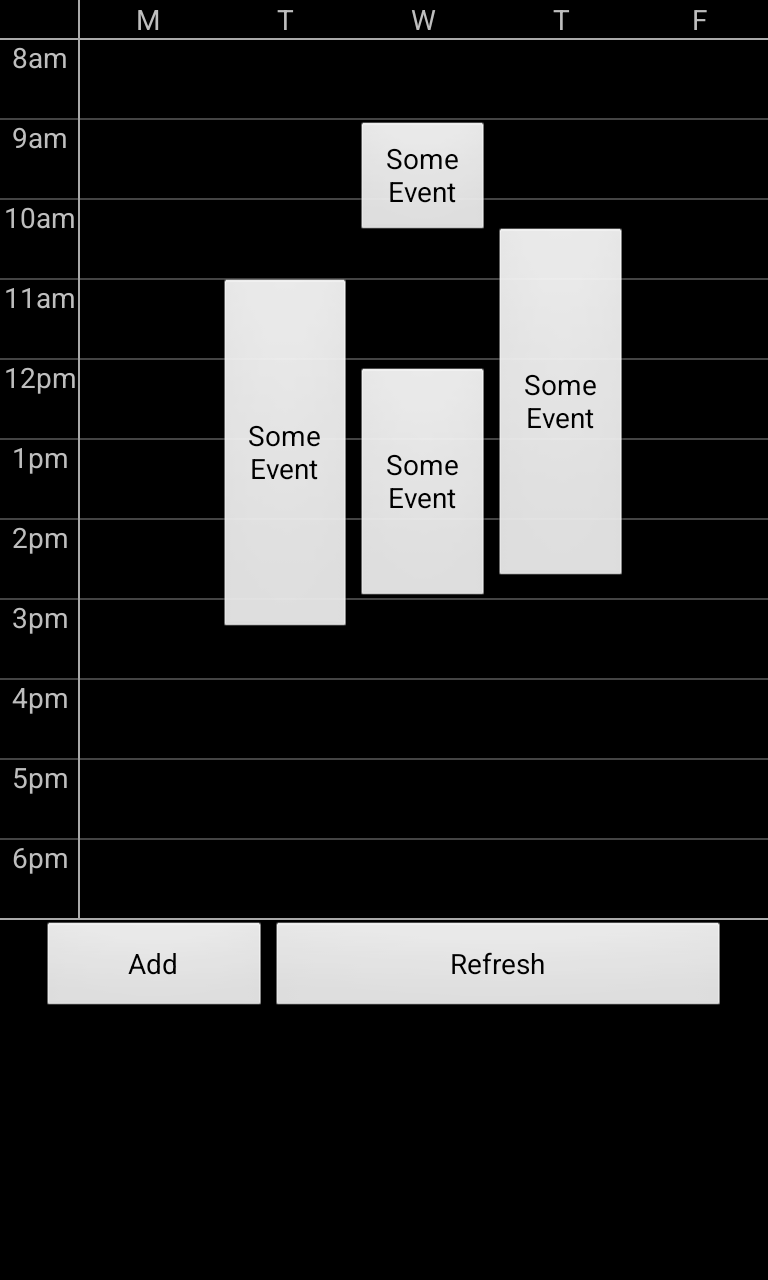
Repository: appsfactory/OfficeHours
Layout: OfficeHoursClient/res/layout/activity_schedule_view.xml
These files come from the project's save history. The layout is drawn as it stood at one moment and after the next save; the edit follows.
It is drawn on a 768 x 1280 px phone screen (xhdpi) without system bars, with theme AppTheme; the app's code is not run.

Above is the layout before, as saved 2012-09-27 17:45:16.

After the next save:
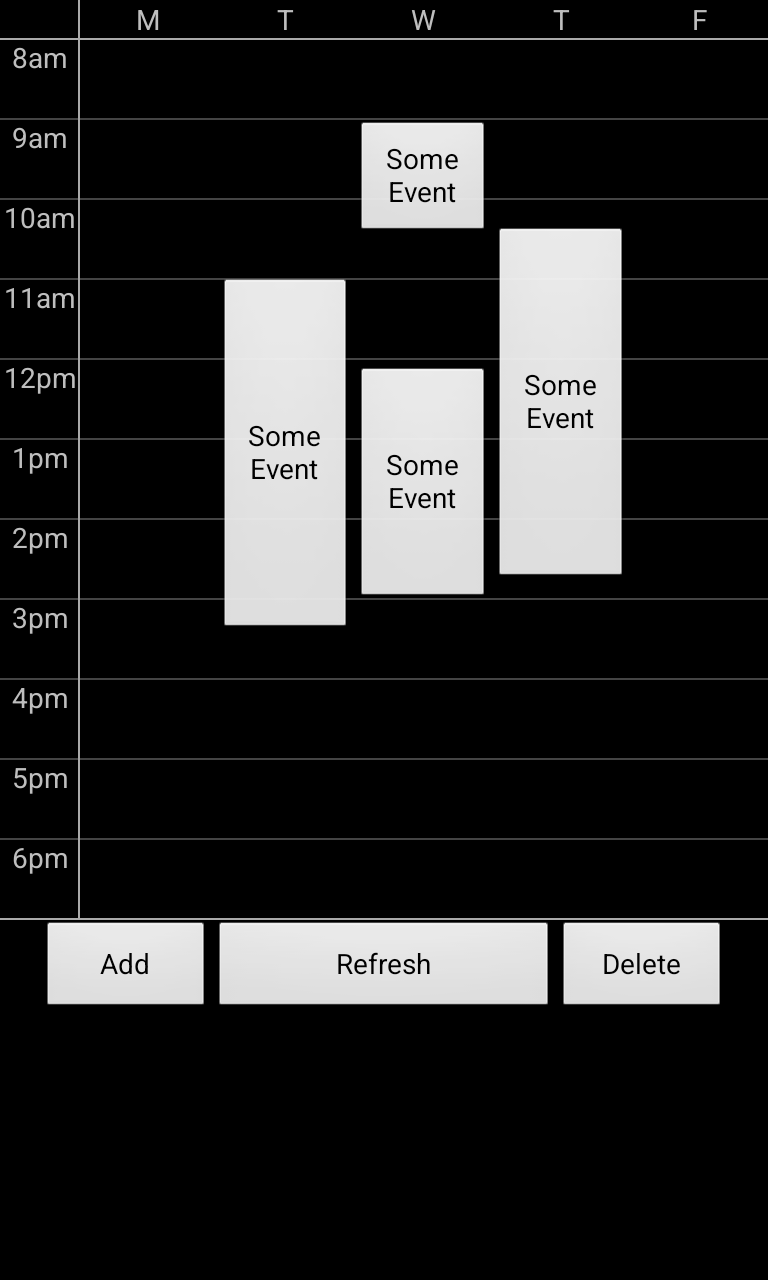
Saved 8 s later.
--- a/OfficeHoursClient/res/layout/activity_schedule_view.xml
+++ b/OfficeHoursClient/res/layout/activity_schedule_view.xml
@@ -337,6 +337,12 @@
             android:layout_height="fill_parent"
             android:layout_weight="2"
             android:text="Refresh" />
+        <Button
+            android:id="@+id/addbutton"
+            android:layout_width="0dp"
+            android:layout_height="fill_parent"
+            android:layout_weight="1"
+            android:text="Delete" />
 
     </LinearLayout>
 
